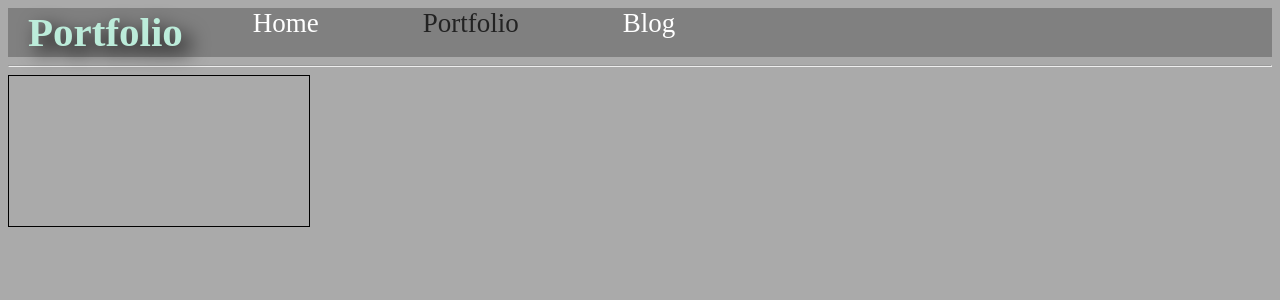
Repository: TundraGrassland/-TundraGrassland.github.io
Page: portfolio.html
The author's editor kept a record of every edit. The page is drawn from the files as they stood at one moment, then again after the next edit.
The browser window is 1280 px wide. The pictures show the whole page.

Above is the page before.
Console error: TypeError: score.bind is not a function

After the next edit:
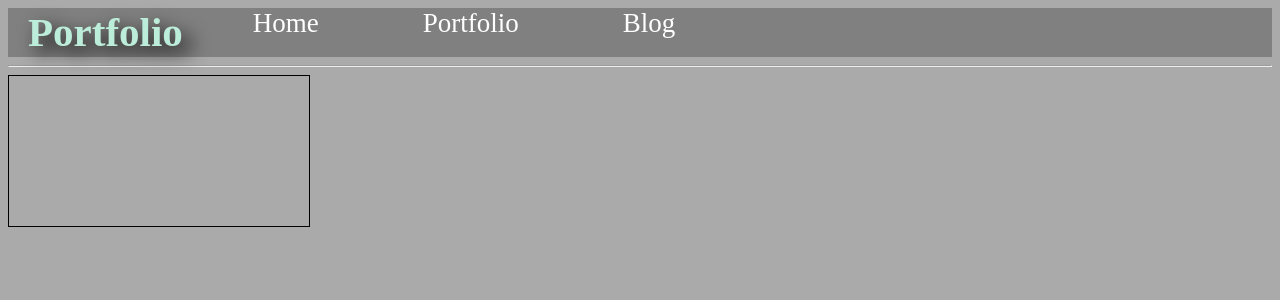
The edit:
--- a/portfolio.html
+++ b/portfolio.html
@@ -12,7 +12,7 @@
             <h1>Portfolio</h1>
             <ul>
                 <li><a class="interactive" href="index.html">Home</a></li>
-                <li><a class="interactive current" href="portfolio.html">Portfolio</a></li>
+                <li><a class="interactive" href="portfolio.html">Portfolio</a></li>
                 <li><a class="interactive" href="blog.html">Blog</a></li>
             </ul>
             <br>
